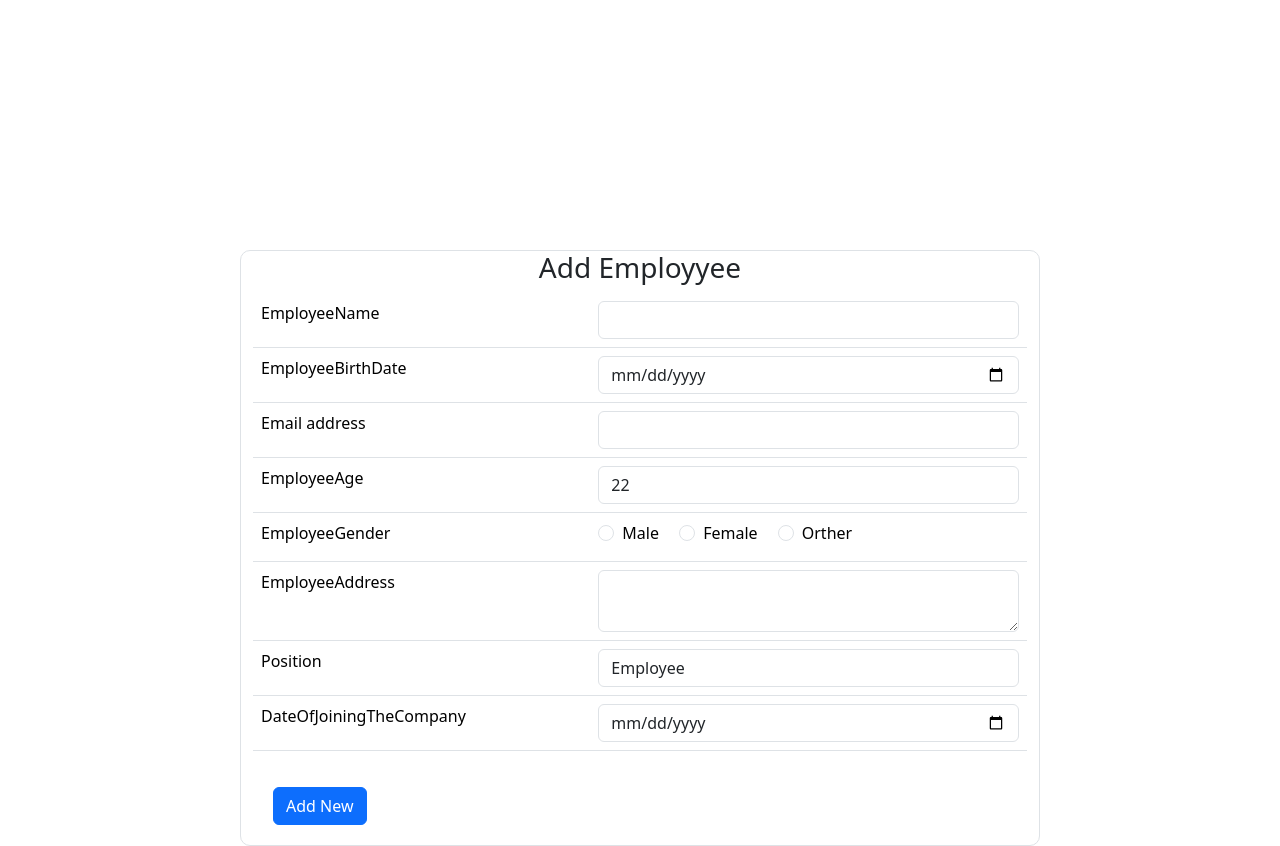
Repository: tranhuuan1703/BaiTapServlet
Page: http://localhost/bai_tap_jsp_servlet/views/Add.jsp
The author's editor kept a copy of each file at every save. The page is drawn from the files as they stood at one save, then again after the next save.
The browser window is 1280 px wide. The pictures show the whole page.
Some web libraries are served in a nearby version. The page is served by Tomcat 9.

Above is the page before, as saved 2024-08-14 07:10:10.

After the next save:
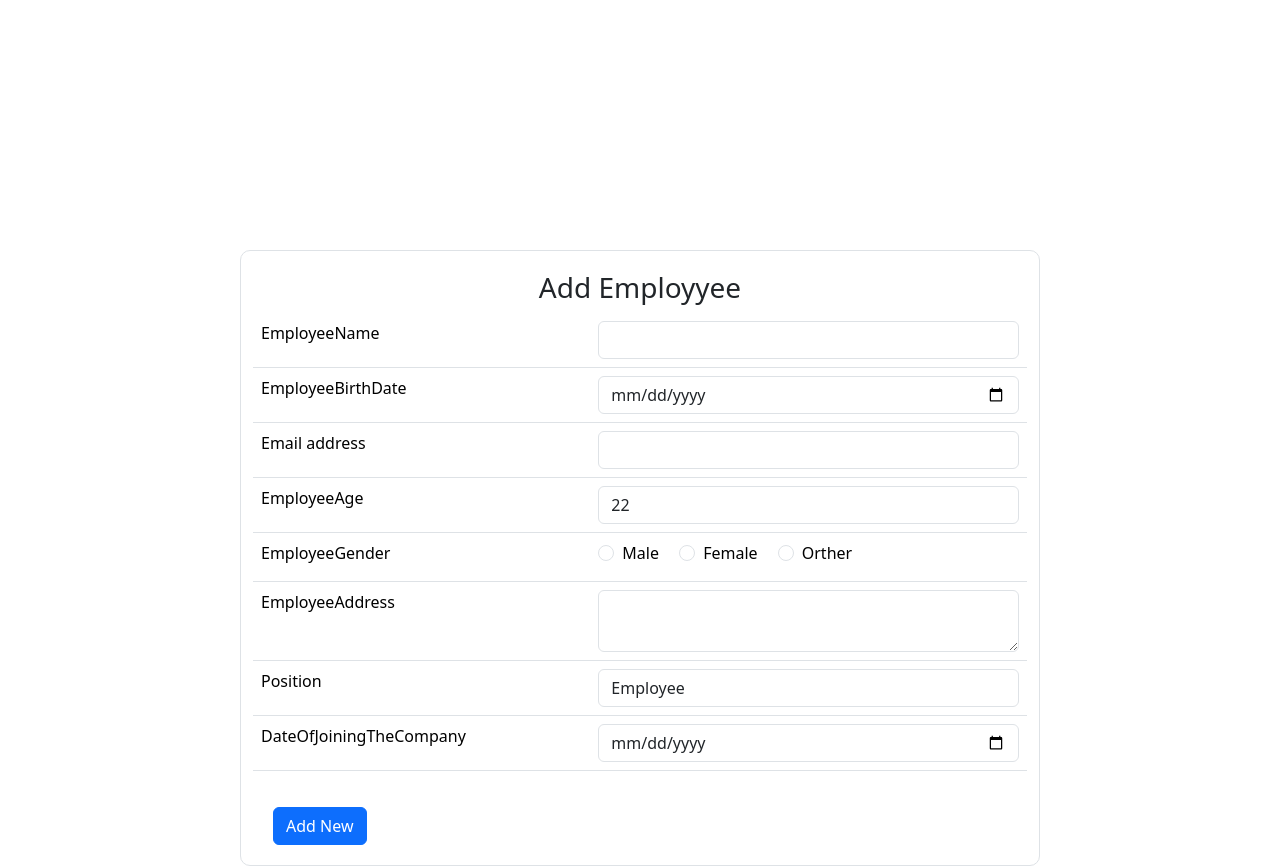
Saved 49 s later.
--- a/bai_tap_jsp_servlet/bai_tap_jsp_servlet/src/main/webapp/views/Add.jsp
+++ b/bai_tap_jsp_servlet/bai_tap_jsp_servlet/src/main/webapp/views/Add.jsp
@@ -21,7 +21,7 @@
 
 
       <div class="container border" style="margin-top:250px; width:800px; border-radius: 10px;">
-      	<center><h3>Add Employyee</h3></center>
+      	<center style="padding-top: 20px;"><h3>Add Employyee</h3></center>
          <form id="updateForm" action="addEmployeeController" method="get">
             <table class="table">
 
